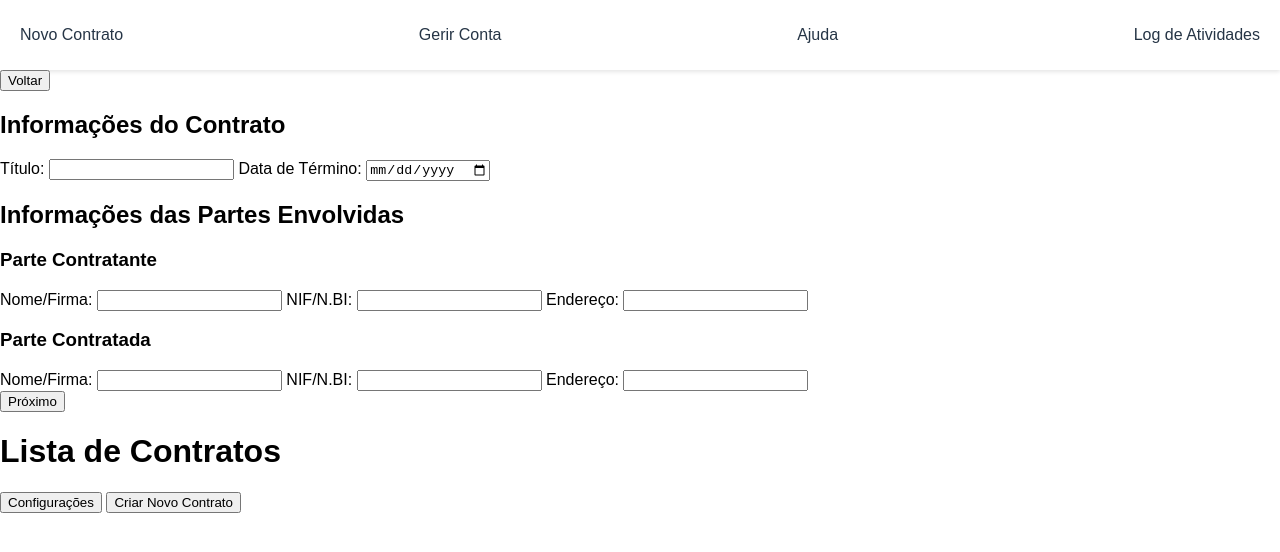
Repository: YuaneCastro/Sistema-de-Gest-o-de-Usu-rios-e-Contratos
Page: tela-principal/tela-principal.html
These files come from the project's save history. The page is drawn as it stood at one moment and after the next save; the edit follows.
The browser window is 1280 px wide. The pictures show the whole page.
The page's requests for data from a server got no answer.

Above is the page before, as saved 2024-06-23 10:12:49.

After the next save:
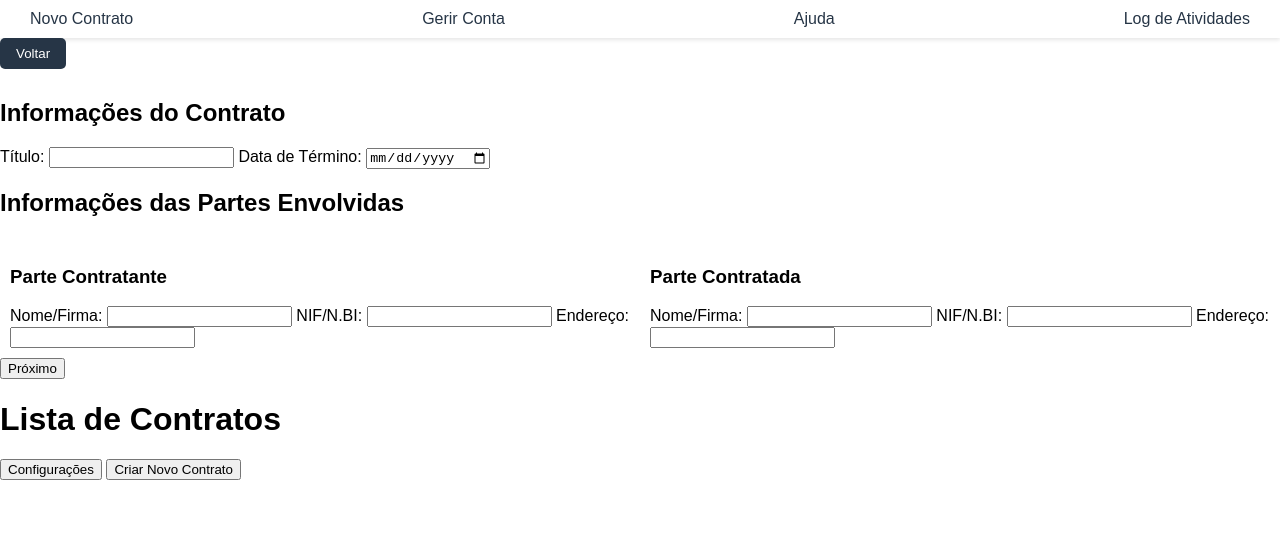
Saved 48 s later.
--- a/tela-principal/styles-principal.css
+++ b/tela-principal/styles-principal.css
@@ -5,27 +5,42 @@ body {
 }
 
 .top-bar {
-    background-color: white; /* Fundo branco */
-    color: #263546; /* Cor do texto */
+    background-color: white;
+    color: #263546;
     padding: 10px 20px;
     display: flex;
     justify-content: space-between;
     align-items: center;
-    box-shadow: 0 2px 4px rgba(0, 0, 0, 0.1); /* Sombra para efeito visual */
+    box-shadow: 0 2px 4px rgba(0, 0, 0, 0.1);
 }
 
-.links-container {
-    display: flex;
-    gap: 20px;
+.top-bar p {
+    margin: 0 10px;
+    cursor: pointer;
+    transition: opacity 0.3s ease;
+    color: #263546;
 }
 
-.links-container p {
-    margin: 0;
-    cursor: pointer;
-    transition: opacity 0.3s ease;
-    color: #263546; /* Cor do texto dos links */
+.top-bar p:hover {
+    opacity: 0.8;
 }
 
-.links-container p:hover {
-    opacity: 0.8;
+.flex-container {
+    display: flex;
+    justify-content: space-between;
 }
+
+.flex-item {
+    flex: 1;
+    padding: 10px;
+}
+
+.round-button {
+    margin-bottom: 10px;
+    padding: 8px 16px;
+    background-color: #263546;
+    color: white;
+    border: none;
+    border-radius: 5px;
+    cursor: pointer;
+}
